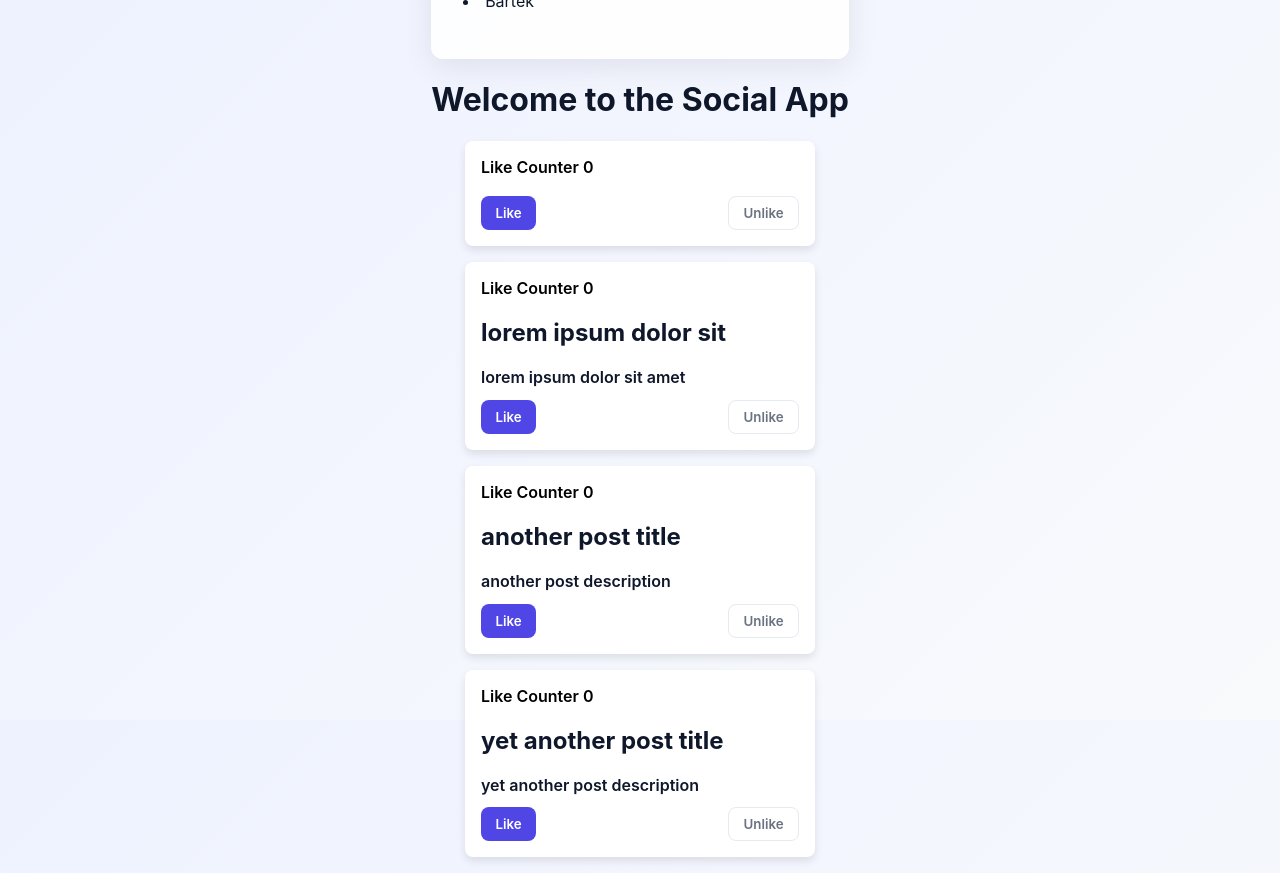
Repository: KrystianTrzy/reactapt
Page: /
The author's editor kept a copy of each file at every save. The page is drawn from the files as they stood at one save, then again after the next save.
The browser window is 1280 px wide. The pictures show the whole page.
The project was rebuilt for these pictures with package versions that can differ from the ones it lists, and the page was loaded fresh each time.

Above is the page before, as saved 2025-11-22 09:32:56.

After the next save:
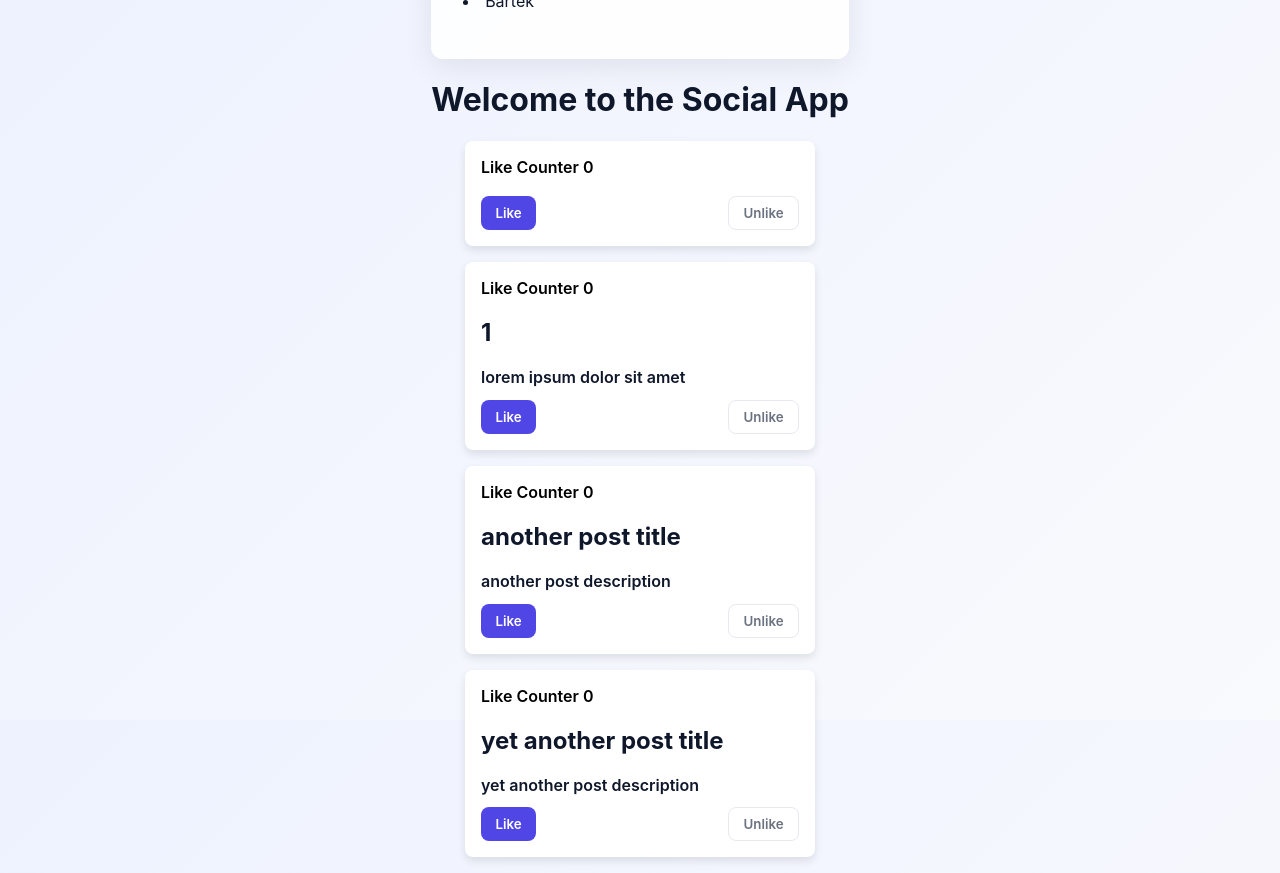
Saved 7 s later.
--- a/src/index.js
+++ b/src/index.js
@@ -12,7 +12,7 @@ root.render(
       <h1>Welcome to the Social App</h1>
       <LikeCounter />
       <LikeCounter
-        title="lorem ipsum dolor sit "
+        title="1"
         description="lorem ipsum dolor sit amet"
       />
 
